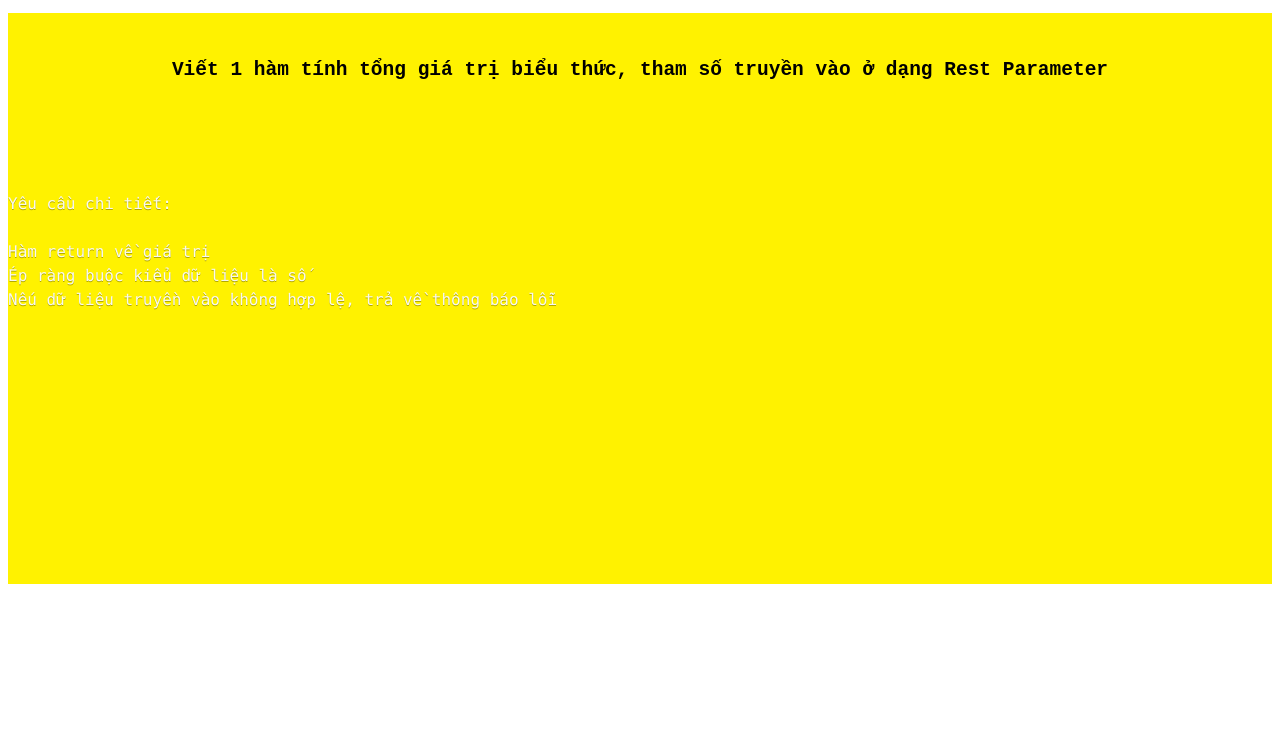
Repository: Dongnguyen318/Quydong
Page: Day 22.1/ex01.html
These files come from the project's save history. The page is drawn as it stood at one moment and after the next save; the edit follows.
The browser window is 1280 px wide. The pictures show the whole page.

Above is the page before, as saved 2023-09-05 22:55:00.

After the next save:
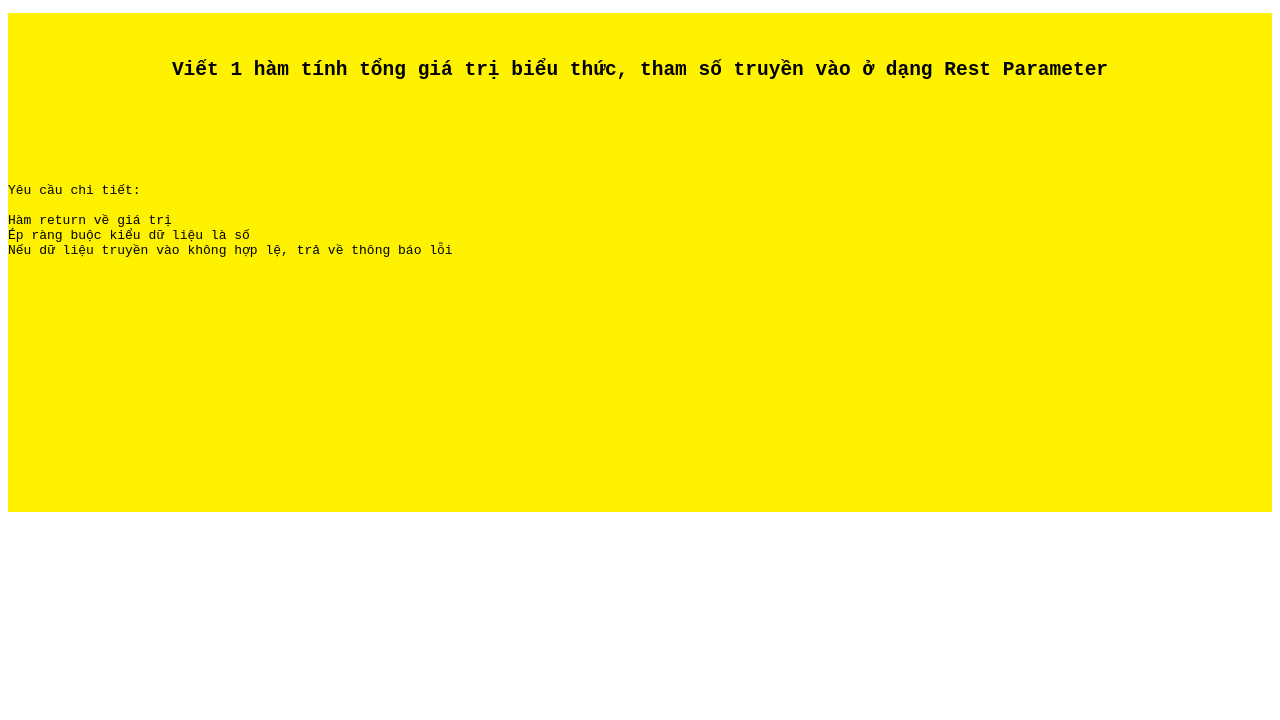
Saved 15 s later.
--- a/Day 22.1/ex01.html
+++ b/Day 22.1/ex01.html
@@ -16,7 +16,7 @@
             <h2 style="text-align: center;">Viết 1 hàm tính tổng giá trị biểu thức, tham số truyền vào ở dạng Rest Parameter</h2>
 <p style="text-align: center;">
     <pre>
-        <code class="language-js">
+        <code >
 Yêu cầu chi tiết:
 
 Hàm return về giá trị

After the save that followed:
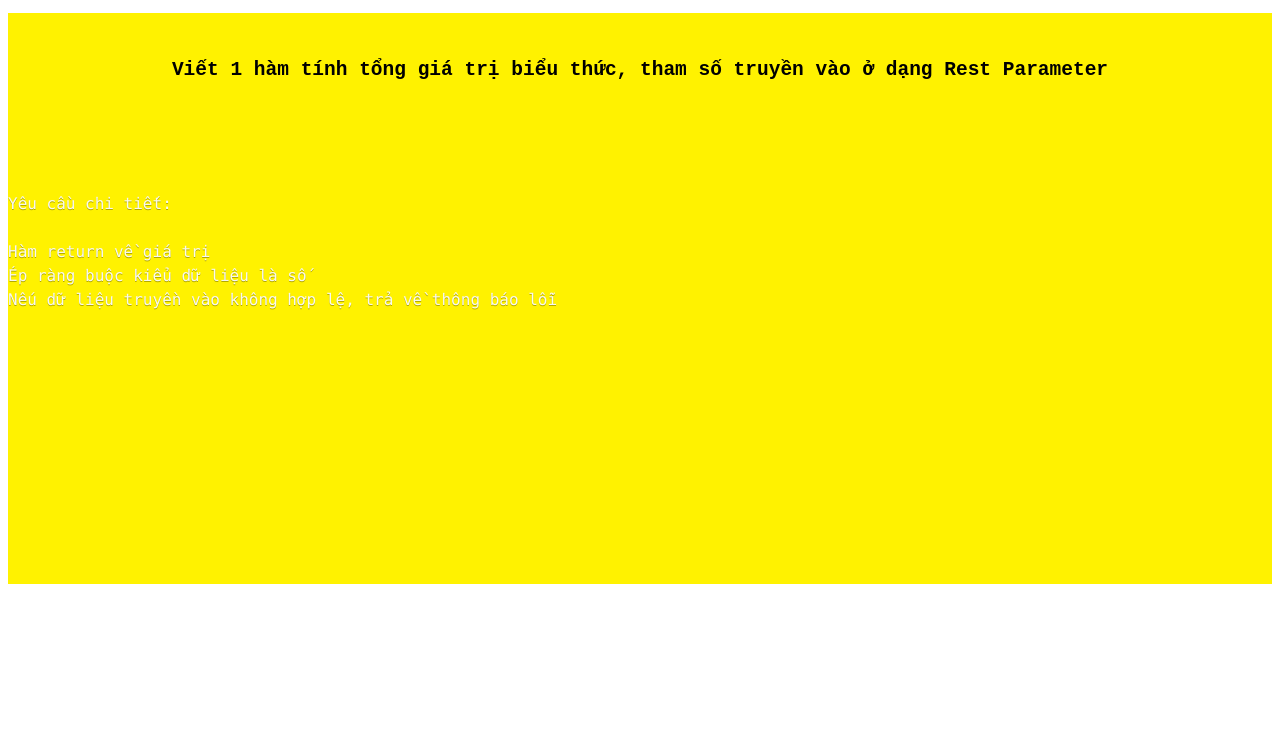
Saved 7 s later.
--- a/Day 22.1/ex01.html
+++ b/Day 22.1/ex01.html
@@ -16,7 +16,7 @@
             <h2 style="text-align: center;">Viết 1 hàm tính tổng giá trị biểu thức, tham số truyền vào ở dạng Rest Parameter</h2>
 <p style="text-align: center;">
     <pre>
-        <code >
+        <code class="language-js">
 Yêu cầu chi tiết:
 
 Hàm return về giá trị
